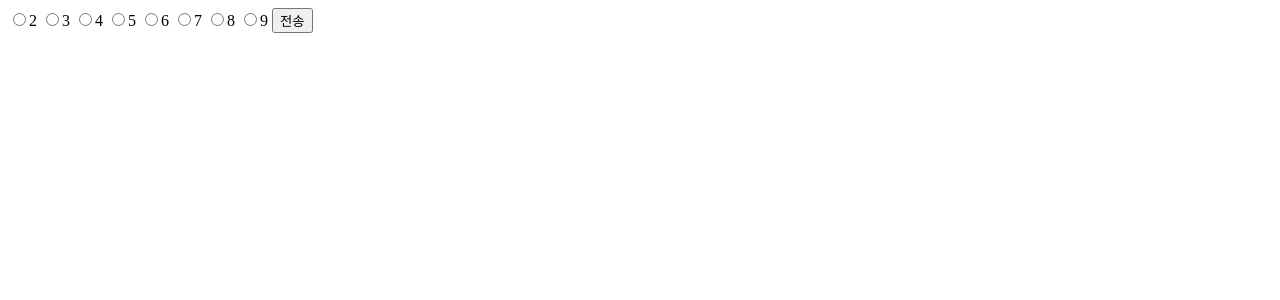
Repository: pro-hk/jsp
Page: http://localhost/chap02/gugudan.jsp
These files come from the project's save history. The page is drawn as it stood at one moment and after the next save; the edit follows.
The browser window is 1280 px wide. The pictures show the whole page.
The page is served by Tomcat 9. Other server files are loaded and not shown.

Above is the page before, as saved 2022-01-21 05:35:48.

### chap02/src/main/webapp/gugudan.jsp
<%@ page language="java" contentType="text/html; charset=UTF-8"
    pageEncoding="UTF-8"%>
<!DOCTYPE html>
<html>
<head>
<meta charset="UTF-8">
<title>Insert title here</title>
</head>
<body>
	<!-- radio 9개 추가해서 table에 구구단 출력하기 -->
	<form action="Gugudan" method="get">
		<label><input type="radio" name="dan" value=2>2</label>
		<label><input type="radio" name="dan" value=3>3</label>
		<label><input type="radio" name="dan" value=4>4</label>
		<label><input type="radio" name="dan" value=5>5</label>
		<label><input type="radio" name="dan" value=6>6</label>
		<label><input type="radio" name="dan" value=7>7</label>
		<label><input type="radio" name="dan" value=8>8</label>
		<label><input type="radio" name="dan" value=9>9</label>
		<button>전송</button>
	</form>
</body>
</html>

After the next save:
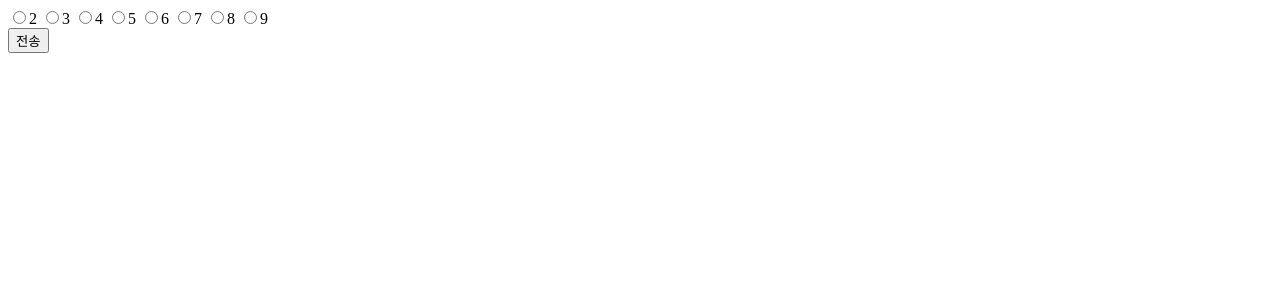
Saved 13 s later.
--- a/chap02/src/main/webapp/gugudan.jsp
+++ b/chap02/src/main/webapp/gugudan.jsp
@@ -17,7 +17,7 @@
 		<label><input type="radio" name="dan" value=7>7</label>
 		<label><input type="radio" name="dan" value=8>8</label>
 		<label><input type="radio" name="dan" value=9>9</label>
-		<button>전송</button>
+		<div><button>전송</button></div>
 	</form>
 </body>
 </html>
